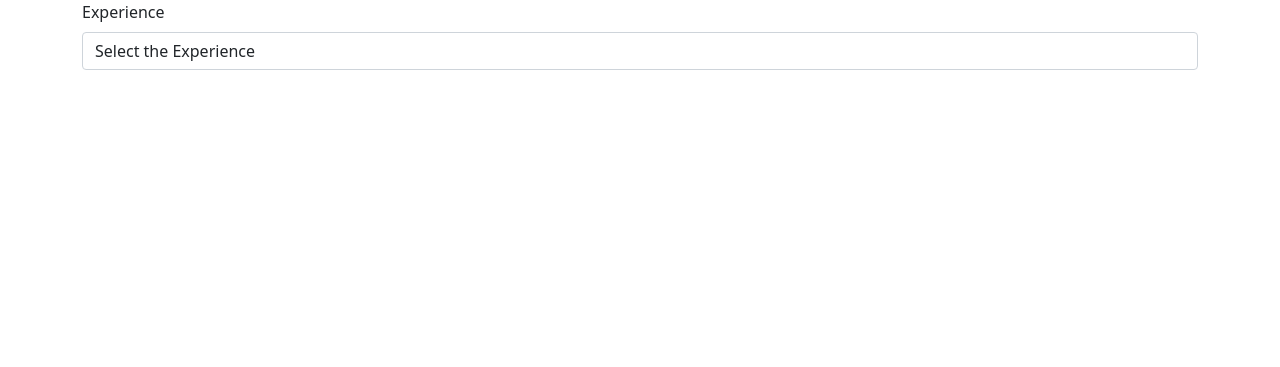
Repository: Sanjayjangra88/combo_app
Page: /
These files come from the project's save history. The page is drawn as it stood at one moment and after the next save; the edit follows.
The browser window is 1280 px wide. The pictures show the whole page.
Some web libraries are served in a nearby version. The project was rebuilt for these pictures with package versions that can differ from the ones it lists, and the page was loaded fresh each time. Also part of the build but not shown: src/App.js.

Above is the page before, as saved 2022-06-02 12:01:15.

### public/index.html
<!DOCTYPE html>
<html lang="en">
  <head>
    <meta charset "UTF-8" />
    <link rel="icon" href="%PUBLIC_URL%/favicon.ico" />
    <meta name="viewport" content="width=device-width, initial-scale=1" />
    <meta name="theme-color" content="#000000" />
    <meta
      name="description"
      content="Web site created using create-react-app"
    />
    <link rel="apple-touch-icon" href="%PUBLIC_URL%/logo192.png" />
    <!--
      manifest.json provides metadata used when your web app is installed on a
      user's mobile device or desktop. See https://developers.google.com/web/fundamentals/web-app-manifest/
    -->
    <link rel="manifest" href="%PUBLIC_URL%/manifest.json" />
    <link href="https://cdn.jsdelivr.net/npm/bootstrap@5.0.2/dist/css/bootstrap.min.css" rel="stylesheet" integrity="sha384-EVSTQN3/azprG1Anm3QDgpJLIm9Nao0Yz1ztcQTwFspd3yD65VohhpuuCOmLASjC" crossorigin="anonymous">
    <!--
      Notice the use of %PUBLIC_URL% in the tags above.
      It will be replaced with the URL of the `public` folder during the build.
      Only files inside the `public` folder can be referenced from the HTML.

      Unlike "/favicon.ico" or "favicon.ico", "%PUBLIC_URL%/favicon.ico" will
      work correctly both with client-side routing and a non-root public URL.
      Learn how to configure a non-root public URL by running `npm run build`.
    -->
    <!-- Bootstrap CSS -->
    <link rel="stylesheet" href="https://cdn.jsdelivr.net/npm/bootstrap@4.0.0/dist/css/bootstrap.min.css" integrity="sha384-Gn5384xqQ1aoWXA+058RXPxPg6fy4IWvTNh0E263XmFcJlSAwiGgFAW/dAiS6JXm" crossorigin="anonymous">

    <title>React App</title>
  </head>
  <body>
    <noscript>You need to enable JavaScript to run this app.</noscript>
    <div id="root"></div>
    <script src="https://kit.fontawesome.com/9e06ebf41f.js" crossorigin="anonymous"></script>
    <!--
      This HTML file is a template.
      If you open it directly in the browser, you will see an empty page.

      You can add webfonts, meta tags, or analytics to this file.
      The build step will place the bundled scripts into the <body> tag.

      To begin the development, run `npm start` or `yarn start`.
      To create a production bundle, use `npm run build` or `yarn build`.
    -->
    <script src="https://code.jquery.com/jquery-3.2.1.slim.min.js" integrity="sha384-KJ3o2DKtIkvYIK3UENzmM7KCkRr/rE9/Qpg6aAZGJwFDMVNA/GpGFF93hXpG5KkN" crossorigin="anonymous"></script>
    <script src="https://cdn.jsdelivr.net/npm/popper.js@1.12.9/dist/umd/popper.min.js" integrity="sha384-ApNbgh9B+Y1QKtv3Rn7W3mgPxhU9K/ScQsAP7hUibX39j7fakFPskvXusvfa0b4Q" crossorigin="anonymous"></script>
    <script src="https://cdn.jsdelivr.net/npm/bootstrap@4.0.0/dist/js/bootstrap.min.js" integrity="sha384-JZR6Spejh4U02d8jOt6vLEHfe/JQGiRRSQQxSfFWpi1MquVdAyjUar5+76PVCmYl" crossorigin="anonymous"></script>
  </body>
</html>

### src/index.js
import React from 'react';
import ReactDOM from 'react-dom';
import './index.css';
import App from './App';
import reportWebVitals from './reportWebVitals';
import 'bootstrap/dist/css/bootstrap.min.css';

import DropDown5 from './Components/dropDown5';

ReactDOM.render(
  <React.StrictMode>
    <DropDown5/>
  </React.StrictMode>,
  document.getElementById('root')
);

// If you want to start measuring performance in your app, pass a function
// to log results (for example: reportWebVitals(console.log))
// or send to an analytics endpoint. Learn more: https://bit.ly/CRA-vitals
reportWebVitals();

### src/Components/dropDown5.jsx
import React, { Component } from 'react'

export class dropdown5 extends Component {
    state={
        // persons:{experience:""},
        persons:{experience:""},
        experiences:[
            "Fresher",
            "0-1 years",
            "1-3 years",
            "3-5 years",
            "5+ years"
        ],
        manager:{name:""},
        managers:[
            "Meg Smith","Bill Watson","Tim Gates","George Cook","Larry Gomes"
        ],
        servers: ["Development","Deployment","Alpha Test","Beta Test","BackUp"]
    }
    handelChange=(e)=>{
        const{currentTarget:input}=e;
        let s1={...this.state};
        input.type==="checkbox"
        ? input.name==="server" ? (s1.persons.server = this.updateCBs(input.checked,input.value,s1.persons.server))
            :(s1.persons[input.name]=input.checked)
            :(s1.persons[input.name]=input.value);
        s1.manager[input.name] = input.value;

        this.setState(s1);


    }
    updateCBs=(checked,value,arr)=>{
        if(checked)
            arr.push(value);

        else{
            let index = arr.findIndex((ele) =>ele === value);
            if(index >= 0) arr.splice(index,1);
        }
        return arr;

    }
  render() {
      const{experience,server}=this.state.persons;
      const{experiences}=this.state;
      const{name}=this.state.manager;
      const{managers,servers}=this.state;

    return (
      <div className='container'>
          <div className="form-group">
          <label>Experience</label>
          <select className="form-control"name="experience"id="experience"value={experience}onChange={this.handelChange}>
        <option disabled value="">Select the Experience</option>
        {experiences.map((ele)=><option>{ele}</option>)}
          </select>
          </div>
          {/* <label className="form-check-label font-weight-bold">Select Name</label>
          {managers.map((ele)=>(
              <div className="form-check">
                  <input
                  className='form-check-input'
                  type="radio"
                  name="name"
                  value={ele}
                  checked={name===ele}
                  onChange={this.handelChange}/>
                  <label className="form-check-label">{ele}</label>
              </div>
          ))} */}
           {/* <label className='form-check-label font-weight-bold'>Server</label>
              {servers.map((ele,index)=>(
                  <div className="form-check">
                      <input
                       className='form-check-input'
                       value={ele}
                       type="checkbox"
                       name="server"
                       checked={server.findIndex((st)=>st===ele)>=0}
                       onChange={this.handelChange}
                      />
                      <label className='form-check-label'>{ele}</label>
                  </div>
              ))} */}

      </div>
    )
  }
}

export default dropdown5

### src/App.css
*{
  margin: 0;
  padding: 0;
}
.slidebar{
  position: absolute;
  background-color: rgb(168, 165, 165);
  height: 100vh;
  width: 30vh;
  margin-right: 5px;
  transition: transform 0.3s ease-in;


}
.slidebar  li a{
  text-decoration: none;
  color:white;
}
.slidebar  li{
  list-style: none;
  font-size: 20px;
  padding: 13px 0;
  color:white;
}
.box{
  margin-left: 32vh;
}
div.d-flex.justify-content-between{
  margin-left: 30vh;
}

.th1{
  background-color: black;
  color: white;
  border: 1px solid black;
  text-align: center;
  padding-left: 15px;
  padding-right: 15px;
}
.col1 {
  border: 1px solid black;
  text-align: center;
  padding-left: 15px;
  padding-right: 15px;
}

### src/Components/dropDown1.jsx
import React, {Component} from 'react'
export class dropDown extends Component{
    state={
        persons:{name:"",age:"",country:""},
        countrys:[
            "United state of amarica",
            "Canada",
            "India",
            "United Kingdom",
        ]
    }
    handelChange=(e)=>{
        const {currentTarget:input}=e;
        let s1={...this.state};
        s1.persons[input.name]=input.value;
        this.setState(s1);

    }
    handelSubmit=(e)=>{
      e.preventDefault();
    }
    render(){
        const{name,age,country}=this.state.persons;
        const{countrys}=this.state;
        return(
            <div className="container">
                <h5>Enter New Details</h5>
                <div className="form-group">
                    <label>Name</label>
                    <input type="text"className="form-control"name="name"id="name"placeholder='Enter the name'value={name}onChange={this.handelChange} />
                </div>
                <div className="form-group">
                    <label>Age</label>
                    <input type="number"className="form-control"id="age"name='age' placeholder='Enter the name'value={age}onChange={this.handelChange} />
                </div>
                <div className="form-group">
                    <label>Contry</label>
                    <select className="form-control"name="country"id="country"value={country}onChange={this.handelChange}>
                        <option disabled value="">Select the Country</option>
                        {countrys.map((ele)=><option>{ele}</option>)}
                    </select>
                </div>
                <button className='btn btn-primary'onClick={this.handelSubmit}>Submit</button>
            </div>
        )


    }
}
export default dropDown

Loaded but not shown: src/index.css (common file); src/reportWebVitals.js (common file)

After the next save:
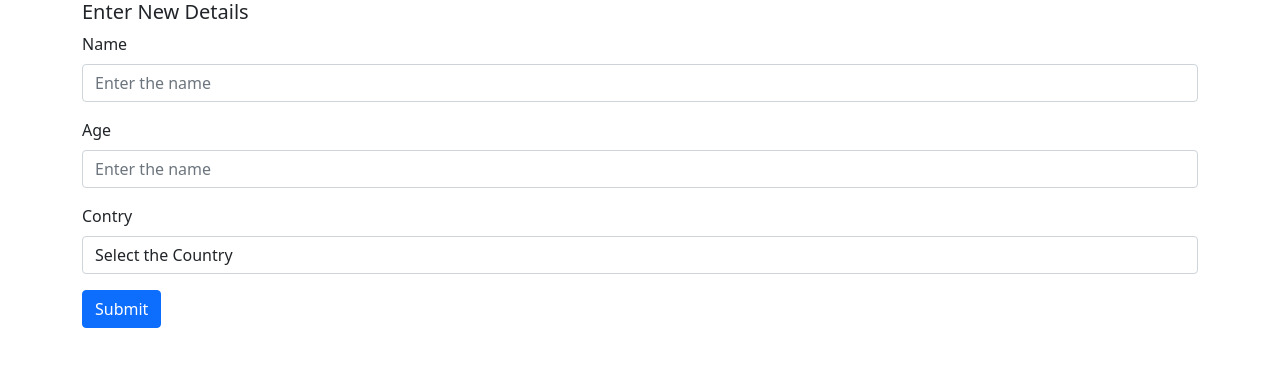
Saved 2 min 25 s later.
--- a/src/index.js
+++ b/src/index.js
@@ -5,11 +5,11 @@
 import reportWebVitals from './reportWebVitals';
 import 'bootstrap/dist/css/bootstrap.min.css';
 
-import DropDown5 from './Components/dropDown5';
+import DropDown1 from './Components/dropDown1';
 
 ReactDOM.render(
   <React.StrictMode>
-    <DropDown5/>
+    <DropDown1/>
   </React.StrictMode>,
   document.getElementById('root')
 );

After the save that followed:
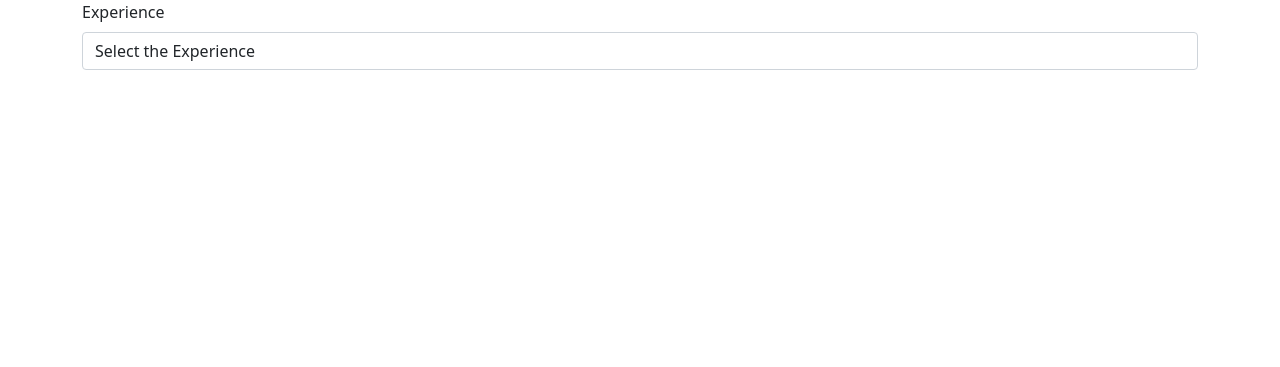
Saved 4 min 4 s later.
--- a/src/index.js
+++ b/src/index.js
@@ -5,11 +5,11 @@
 import reportWebVitals from './reportWebVitals';
 import 'bootstrap/dist/css/bootstrap.min.css';
 
-import DropDown1 from './Components/dropDown1';
+import DropDown5 from './Components/dropDown5';
 
 ReactDOM.render(
   <React.StrictMode>
-    <DropDown1/>
+    <DropDown5/>
   </React.StrictMode>,
   document.getElementById('root')
 );
